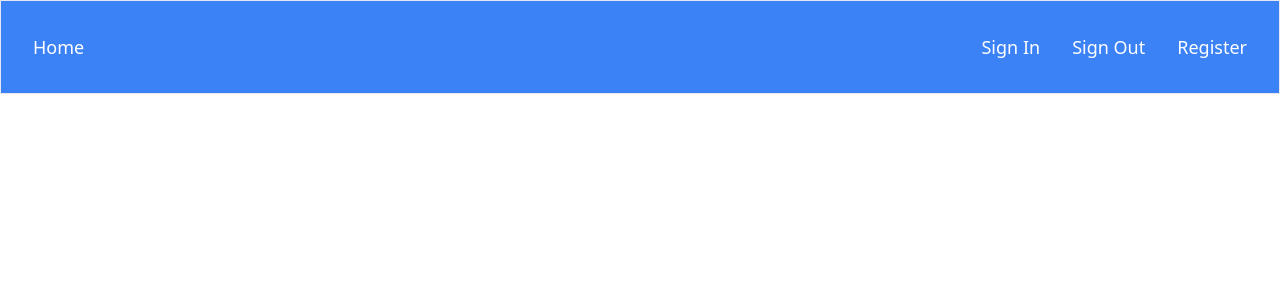
Repository: oderinde300/react-authentication-with-json-server
Page: /
These files come from the project's save history. The page is drawn as it stood at one moment and after the next save; the edit follows.
The browser window is 1280 px wide. The pictures show the whole page.
The project was rebuilt for these pictures with package versions that can differ from the ones it lists, and the page was loaded fresh each time. Also part of the build but not shown: src/components/authentication/Login.jsx, src/pages/LoginPage.jsx.

Above is the page before, as saved 2023-03-22 12:32:12.

### src/App.js
import { Routes, Route } from "react-router-dom";
import HomePage from "./pages/HomePage";
import LoginPage from "./pages/LoginPage";

function App() {
  return (
    <div>
      <header>
        <nav className="border py-8 flex justify-between px-8 text-lg text-white bg-blue-500 fixed w-full">
          <p className="">Home</p>
          <ul className="flex  ">
            <li className="mx-4 ">Sign In</li>
            <li className="mx-4 ">Sign Out</li>
            <li className="ml-4 ">Register</li>
          </ul>
        </nav>
      </header>
      <Routes>
        <Route path="/" element={<HomePage />} />
        <Route path="/login" element={<LoginPage />} />
      </Routes>
    </div>
  );
}

export default App;

### src/pages/HomePage.jsx
import React from "react";

const HomePage = () => {
  return (
    <div>
      <h1 className="text-3xl">Welcome to the Homepage</h1>
    </div>
  );
};

export default HomePage;

Loaded but not shown: public/index.html (common file); src/index.js (common file); src/index.css (common file); tailwind.config.js (common file)

After the next save:
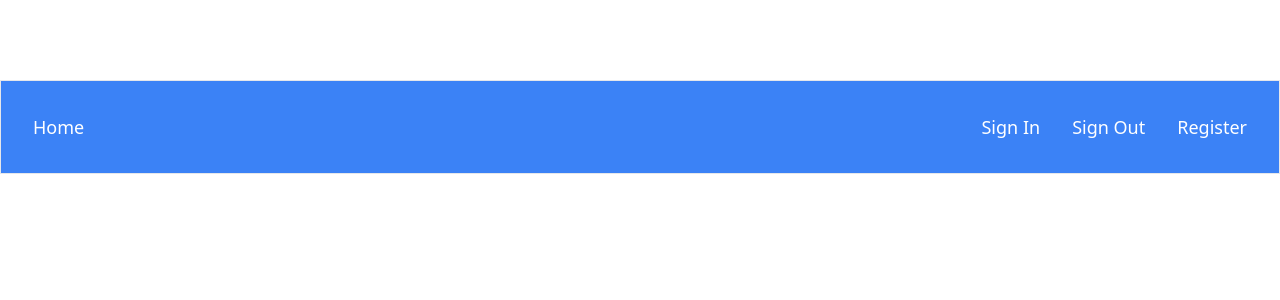
Saved 14 s later.
--- a/src/App.js
+++ b/src/App.js
@@ -15,10 +15,12 @@
           </ul>
         </nav>
       </header>
-      <Routes>
-        <Route path="/" element={<HomePage />} />
-        <Route path="/login" element={<LoginPage />} />
-      </Routes>
+      <main className="mt-[5rem]">
+        <Routes>
+          <Route path="/" element={<HomePage />} />
+          <Route path="/login" element={<LoginPage />} />
+        </Routes>
+      </main>
     </div>
   );
 }

After the 2 saves that followed:
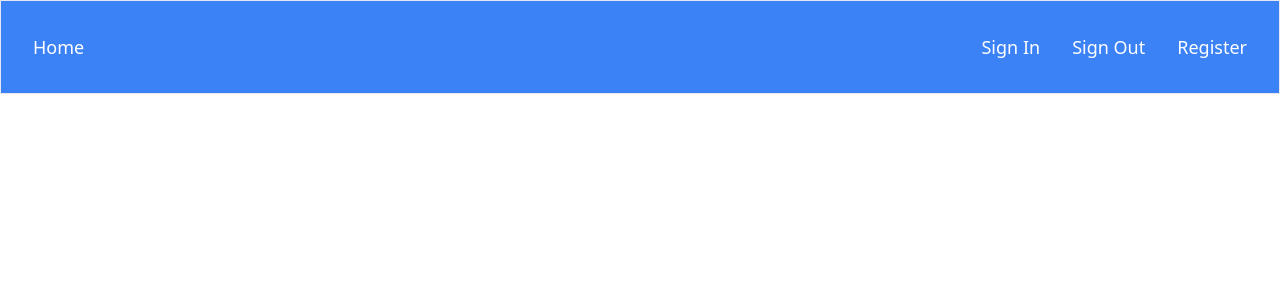
The 2 saves are shown as one change because 1 left the picture as it was.
The last was saved 29 s later.
--- a/src/App.js
+++ b/src/App.js
@@ -5,8 +5,8 @@
 function App() {
   return (
     <div>
-      <header>
-        <nav className="border py-8 flex justify-between px-8 text-lg text-white bg-blue-500 fixed w-full">
+      <header className="fixed w-full">
+        <nav className="border py-8 flex justify-between px-8 text-lg text-white bg-blue-500 ">
           <p className="">Home</p>
           <ul className="flex  ">
             <li className="mx-4 ">Sign In</li>
@@ -15,7 +15,7 @@
           </ul>
         </nav>
       </header>
-      <main className="mt-[5rem]">
+      <main>
         <Routes>
           <Route path="/" element={<HomePage />} />
           <Route path="/login" element={<LoginPage />} />
